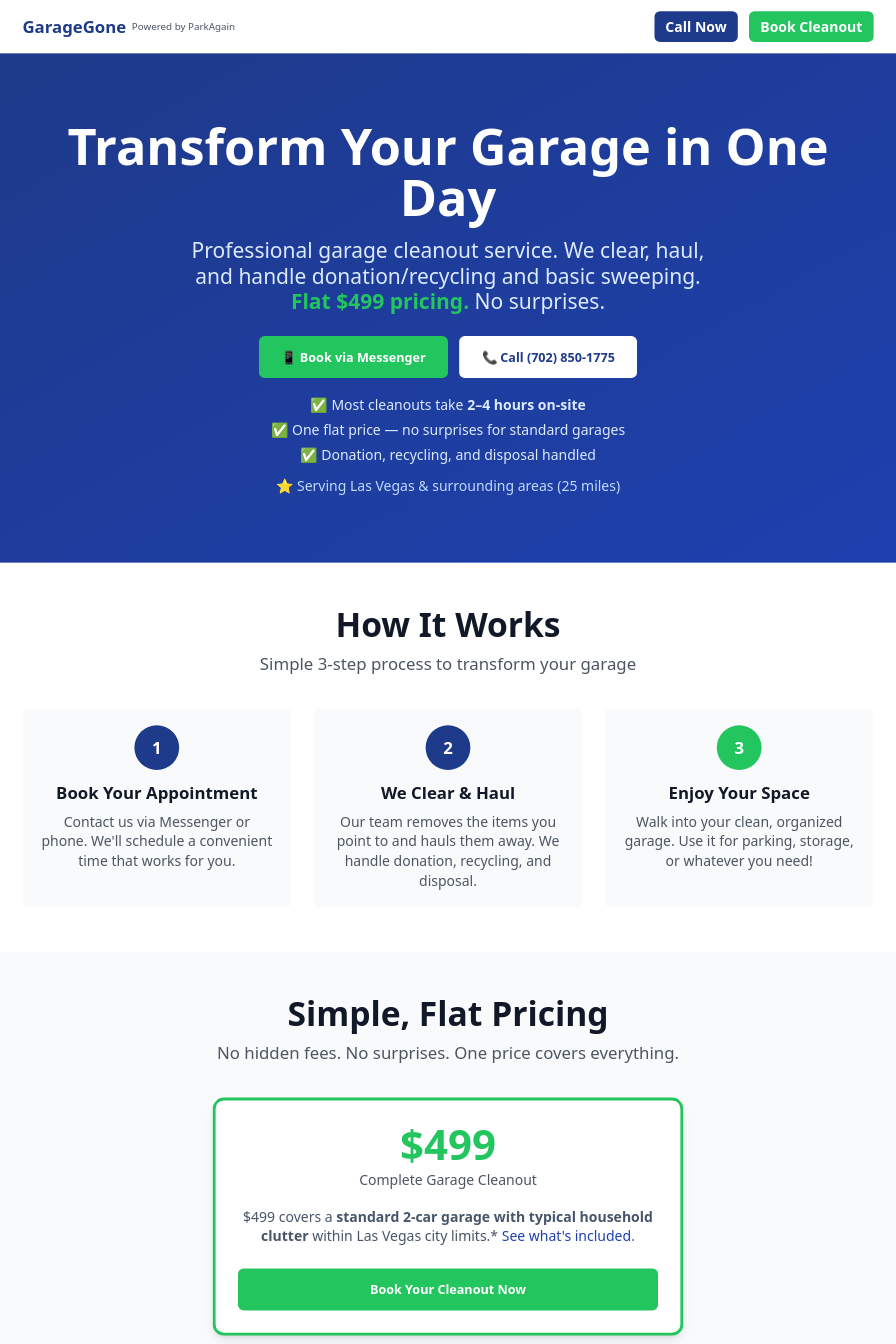
Repository: nikwhite1169/garagegone
Page: index.html
These files come from the project's save history. The page is drawn as it stood at one moment and after the next save; the edit follows.
The browser window is 1280 px wide. The pictures show the part of the page from y = 0 to 1920 px (the page is 5937 px tall before and 6005 px after), at 70% of full size.
Some web libraries are served in a nearby version.

Above is the page before, as saved 2025-09-16 00:56:35.

After the next save:
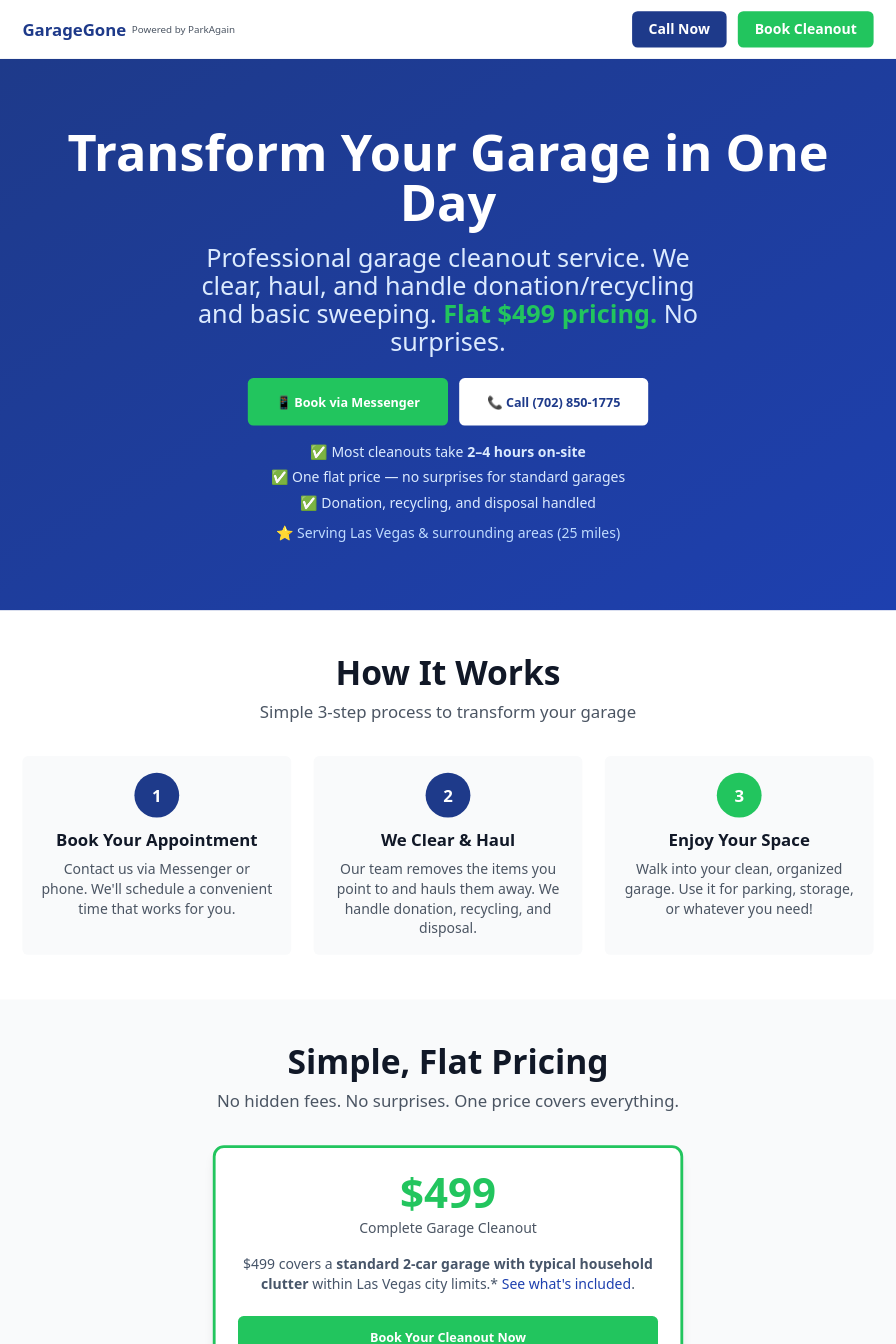
Saved 3 min 57 s later.
--- a/index.html
+++ b/index.html
@@ -138,10 +138,10 @@
                     <span class="ml-2 text-sm text-gray-600">Powered by ParkAgain</span>
                 </div>
                 <div class="hidden md:flex space-x-4">
-                    <a href="tel:+7028501775" class="bg-brand-blue text-white px-4 py-2 rounded-lg font-semibold hover:bg-blue-800 transition-colors">
+                    <a href="tel:+7028501775" class="bg-brand-blue text-white px-6 py-3 rounded-lg font-semibold hover:bg-blue-800 transition-colors">
                         Call Now
                     </a>
-                    <a href="https://m.me/823845640806391" target="_blank" class="bg-brand-green text-white px-4 py-2 rounded-lg font-semibold hover:bg-green-600 transition-colors">
+                    <a href="https://m.me/823845640806391" target="_blank" class="bg-brand-green text-white px-6 py-3 rounded-lg font-semibold hover:bg-green-600 transition-colors">
                         Book Cleanout
                     </a>
                 </div>
@@ -156,17 +156,17 @@
                 <h2 class="text-4xl md:text-7xl font-bold mb-6">
                     Transform Your Garage in One Day
                 </h2>
-                <p class="text-xl md:text-3xl mb-8 text-blue-100 max-w-3xl mx-auto">
+                <p class="text-2xl md:text-4xl mb-8 text-blue-100 max-w-3xl mx-auto">
                     Professional garage cleanout service. We clear, haul, and handle donation/recycling and basic sweeping.
                     <strong class="text-brand-green">Flat $499 pricing.</strong> No surprises.
                 </p>
                 <div class="flex flex-col sm:flex-row gap-4 justify-center items-center">
                     <a href="https://m.me/823845640806391" target="_blank"
-                       class="bg-brand-green text-white px-8 py-4 rounded-lg text-lg font-bold hover:bg-green-600 transition-colors w-full sm:w-auto text-center">
+                       class="bg-brand-green text-white px-10 py-5 rounded-lg text-lg font-bold hover:bg-green-600 transition-colors w-full sm:w-auto text-center">
                         📱 Book via Messenger
                     </a>
                      <a href="tel:+7028501775"
-                        class="bg-white text-brand-blue px-8 py-4 rounded-lg text-lg font-bold hover:bg-gray-100 transition-colors w-full sm:w-auto text-center">
+                        class="bg-white text-brand-blue px-10 py-5 rounded-lg text-lg font-bold hover:bg-gray-100 transition-colors w-full sm:w-auto text-center">
                          📞 Call (702) 850-1775
                      </a>
                 </div>
